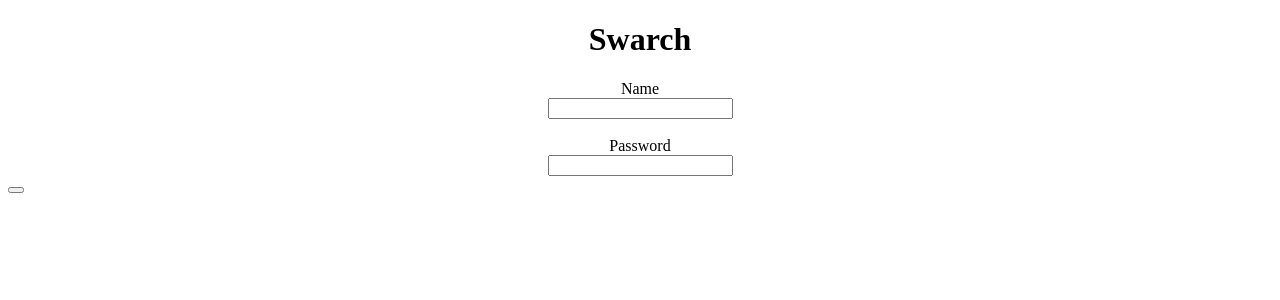
Repository: putty174/Swarch
Page: Swarch/index.htm
An editor plug-in stored every save of this project. The page is shown before and after the next save, followed by the edit.
The browser window is 1280 px wide. The pictures show the whole page.

Above is the page before, as saved 2014-04-12 06:07:20.

After the next save:
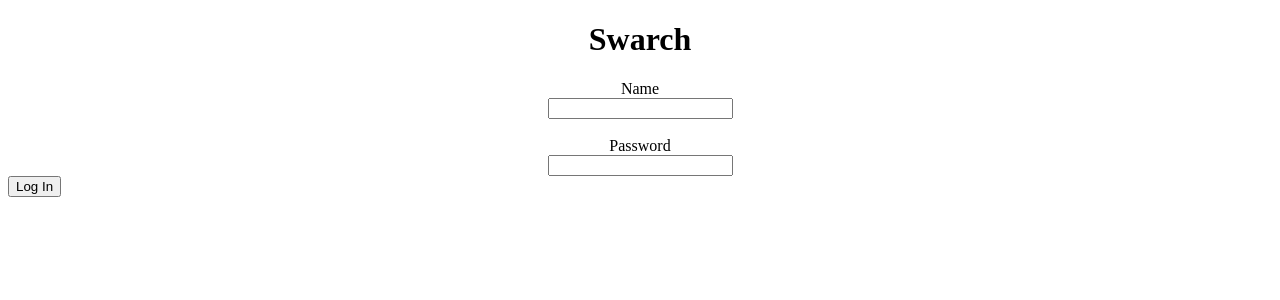
Saved 7 s later.
--- a/Swarch/index.htm
+++ b/Swarch/index.htm
@@ -19,7 +19,7 @@ function getInfo()
 <center>Password</center>
 <center><input type='text' id="PASS"></center>
 <center></center>
-<button type="button" onclick="game()">
+<button type="button" onclick="game()">Log In</button>
 <script src="swarch.js"></script>
 
 </body>
